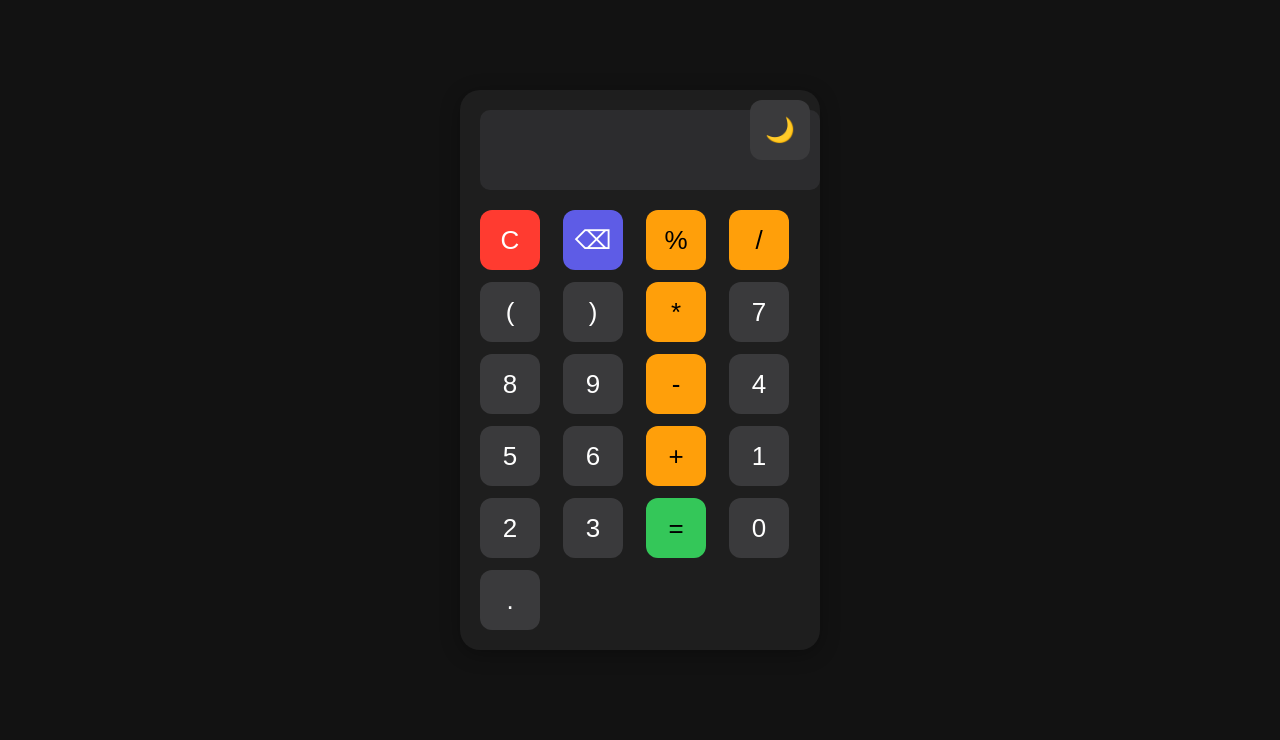
Repository: mahalakshmi-00/Calculator
Page: index.html
These files come from the project's save history. The page is drawn as it stood at one moment and after the next save; the edit follows.
The browser window is 1280 px wide. The pictures show the whole page.
Some web fonts or font styles are not loaded; a fallback is used.

Above is the page before, as saved 2025-05-01 21:25:03.

After the next save:
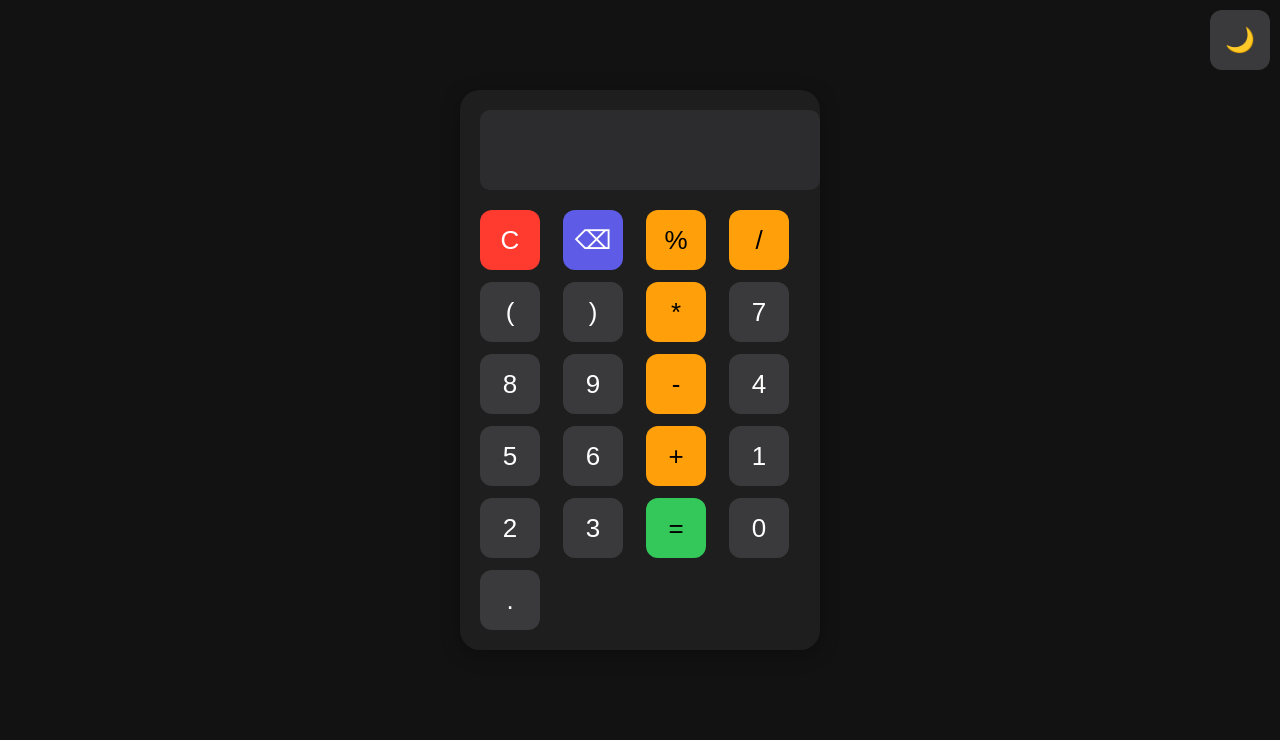
Saved 48 s later.
--- a/index.html
+++ b/index.html
@@ -7,12 +7,12 @@
   <link href="https://fonts.googleapis.com/css2?family=SF+Pro+Display:wght@400;600&display=swap" rel="stylesheet">
   <link rel="stylesheet" href="style.css">
 </head>
-<body>
+<body class="light-mode"> <!-- Set default mode to light -->
+  <!-- Dark mode toggle button at the top right -->
+  <button id="toggle-mode" class="toggle-mode">🌙</button>
+
   <div class="container">
     <div class="calculator">
-      <!-- Dark mode toggle button at the top right -->
-      <button id="toggle-mode" class="toggle-mode">🌙</button>
-
       <input type="text" id="display" disabled>
       <div class="buttons">
         <button class="clear">C</button>
